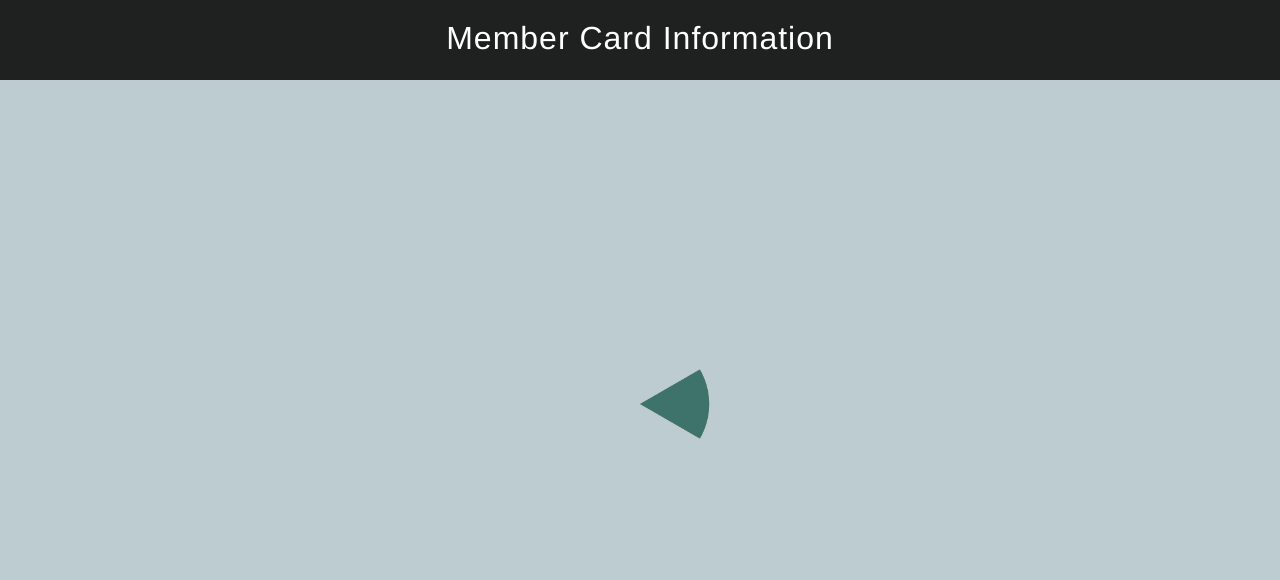
Repository: Leooook/lzhao-fed-test
Page: /
These files come from the project's save history. The page is drawn as it stood at one moment and after the next save; the edit follows.
The browser window is 1280 px wide. The pictures show the whole page.
The page's requests for data from a server got no answer. The project was rebuilt for these pictures with package versions that can differ from the ones it lists, and the page was loaded fresh each time. No one was signed in, and anything a server would have sent is missing. Also part of the build but not shown: src/components/detail.jsx.

Above is the page before, as saved 2021-03-15 22:05:41.

### src/index.html
<!DOCTYPE html>
<html lang="en">
	<head>
		<meta charset="utf-8" />
		<meta http-equiv="X-UA-Compatible" content="IE=edge,chrome=1" />
		<title>Member Card Info</title>
		<meta name="description" content="" />
		<meta name="viewport" content="width=device-width, initial-scale=1.0, maximum-scale=1.0, user-scalable=no" />
	</head>
	<body>
		<div id="root" class="react-root"></div>
	</body>
</html>

### src/App.js
import React, {useState} from 'react';
import {BsCaretDownFill} from 'react-icons/bs'

import './App.css'
import Header from './components/header.jsx'
import Feature from './components/feature.jsx'

export default function App() {
  const [featureAmount, setFeatureAmount] = useState([1])
  const [iconsDisplay, setIconsDisplay] = useState(false)

  const setFeature = () => {
    setFeatureAmount(featureAmount => {return [...featureAmount, 1]})
  }

  const setIcons = () => {
    setIconsDisplay(iconsDisplay => {return !iconsDisplay})
    console.log(iconsDisplay)
  }

	return (
    <div className='app'>
      <Header />
      {
        featureAmount.map((key) => <Feature key = {key} setIcons={() => setIcons()} />)
      }
      {
        iconsDisplay ? <BsCaretDownFill className='add-feature' onClick={() => setFeature()}/> : null
      }
    </div>
  )
}

### src/App.css
* {
	margin: 0;
	padding: 0;
	box-sizing: border-box;
}
:root {
	--nav-black: rgba(14, 14, 14, 0.897);
	--white: #ffffff;
	--light-blue: rgb(189, 204, 208);
	--grey: rgb(145, 145, 145);
	--light-grey: rgb(209, 209, 209);
}
/* app */
.app {
	max-width: 100vw;
	min-height: 100vh;
	background-color: var(--light-blue);
}
.add-feature {
	position: relative;
	color: rgba(65, 65, 65, 0.418);
	width: 60px;
	height: 60px;
	margin: 30px auto 0 auto;
	display: block;
	cursor: pointer;
	animation: upAndDown 3s ease-in-out infinite;
}
.add-feature:active {
	transform: scale(1.1);
	transition: all 1s ease;
}
@keyframes upAndDown {
	0% {
		bottom: 0;
	}
	50% {
		bottom: 10px;
	}
	100% {
		bottom: 0;
	}
}
/* end of app */
/* header */
.header {
	background-color: var(--nav-black);
	height: 80px;
	padding: 20px;
	margin-bottom: 80px;
	font-size: 2rem;
	font-family: 'Franklin Gothic Medium', 'Arial Narrow', Arial, sans-serif;
	text-align: center;
	color: var(--white);
	letter-spacing: 1px;
}
@media screen and (max-width: 500px) {
	.header {
		margin-bottom: 30px;
		padding: 30px;
		font-size: 1.4rem;
	}
}
/* end of header */
/* loader */
.load {
	width: 100%;
}
.loadPic {
	height: 20vh;
	width: 20vh;
	display: block;
	margin: 35vh auto 0 auto;
}
/* end of loader */
/* feature */
.feature {
	margin-top: -65px;
	padding: 60px 8%;
	display: grid;
	grid-template-columns: repeat(auto-fill, minmax(450px, 1fr));
	grid-row-gap: 50px;
	grid-column-gap: 80px;
}
@media screen and (max-width: 500px) {
	.feature {
		padding: 30px 20px;
		display: initial;
	}
}
/* end of feature */
/* detail */
.detail {
	margin: auto;
	padding: 10px 20px;
	width: 450px;
	height: 240px;
	background: hsla(0, 0%, 100%, .3);
	border-radius: 6px;
	box-shadow: 0 6px 20px 6px rgba(0, 0, 0, 0.207);
	display: flex;
	align-items: center;
	cursor: pointer;
	transition: all linear 0.2s;
}
.detail:hover {
	transform: scale(1.05);
	box-shadow: 0 10px 30px 10px rgba(0, 0, 0, 0.207);
}
.left-section {
	width: calc(40% - 20px);
	margin-right: 10%;
}
.right-section {
	width: clac(50% - 20px);
}
.detail-pic {
	margin: 0 auto;
	height: 140px;
	width: 140px;
	border-radius: 50%;
	box-shadow: 0 0 10px 8px var(--light-grey);
}
.detail-info {
	margin-bottom: 10px;
}
.detail-name {
	font-family: 'Playfair Display', serif;
	font-weight: bold;
	font-size: 1.3rem;
}
.detail-name2 {
	font-weight: 100;
	font-size: 0.9rem;
	color: rgb(82, 82, 82);
	font-style: oblique;
}
.detail-sex-date {
	display: flex;
}
.detail-date {
	margin-right: 13px;
}
.detail-font {
	font-family: 'Source Sans Pro', sans-serif;
	font-size: 0.8rem;
}
@media screen and (max-width: 500px) {
	.detail {
		margin-bottom: 30px;
		width: 90vw;
		height: 50vw;
	}
	.detail-pic {
		height: 100px;
		width: 100px;
	}
	.detail-info {
		margin-bottom: 6px;
	}
	.detail-name {
		font-size: 1rem;
	}
	.detail-name2 {
		font-size: 0.8rem;
	}
	.detail-date {
		margin-right: 8px;
	}
	.detail-font {
		font-size: 0.75rem;
	}
}
/* end of detail */

### src/components/header.jsx
import React, { Component } from 'react'

class Header extends Component {
	render() {
		return <section className="header">Member Card Information</section>
	}
}

export default Header

### src/components/feature.jsx
import React, { Component } from 'react'

import Loader from './loader.jsx'
import Detail from './detail.jsx'

class Feature extends Component {
	state = {
		dataSet: [],
		dataAmount: 6
	}

	fetchData = () => {
		fetch('https://randomuser.me/api/', {
			method: 'GET'
		})
			.then((response) => response.json())
			.then((data) => {
				let dataSet = this.state.dataSet
				dataSet.push(data.results[0])
				this.setState({ dataSet })
			})
			.catch((error) => {
				console.error('Error:', error)
			})
	}

	componentDidMount() {
		for (let i = 0; i < this.state.dataAmount; i++) {
			this.fetchData()
		}
	}

	render() {
		if (this.state.dataSet.length === 0 || this.state.dataSet.length % 6 !== 0) {
			this.props.setIcons()
			return <Loader />
		} else {
			this.props.setIcons()
			return (
				<section className="feature">
					{this.state.dataSet.map((each, key) => <Detail key={key} data={each} />)}
				</section>
			)
		}
	}
}

export default Feature

### src/components/loader.jsx
import React from 'react'

import loadPic from '../images/load.gif'

function Loader() {
	return (
		<section className="load">
			<img src={loadPic} className="loadPic" alt="load" />
		</section>
	)
}

export default Loader

Loaded but not shown: src/index.js (common file)

After the next save:
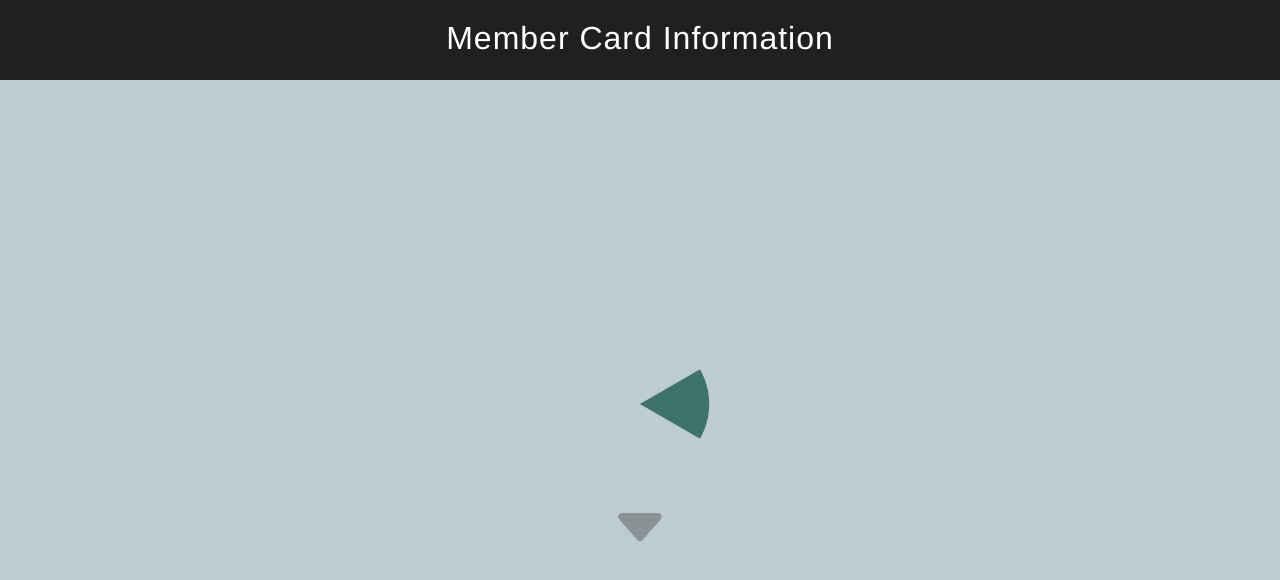
Saved 30 s later.
--- a/src/App.js
+++ b/src/App.js
@@ -7,7 +7,7 @@
 
 export default function App() {
   const [featureAmount, setFeatureAmount] = useState([1])
-  const [iconsDisplay, setIconsDisplay] = useState(false)
+  const [iconsDisplay, setIconsDisplay] = useState(true)
 
   const setFeature = () => {
     setFeatureAmount(featureAmount => {return [...featureAmount, 1]})

After the save that followed:
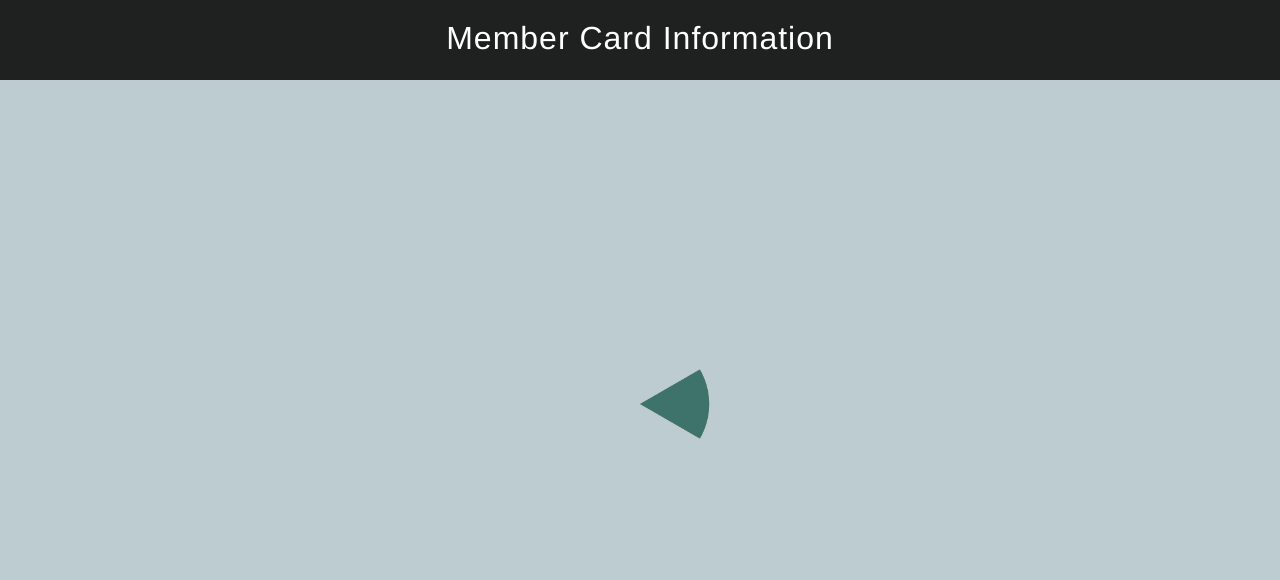
Saved 28 s later.
--- a/src/App.js
+++ b/src/App.js
@@ -7,7 +7,7 @@
 
 export default function App() {
   const [featureAmount, setFeatureAmount] = useState([1])
-  const [iconsDisplay, setIconsDisplay] = useState(true)
+  const [iconsDisplay, setIconsDisplay] = useState(false)
 
   const setFeature = () => {
     setFeatureAmount(featureAmount => {return [...featureAmount, 1]})
